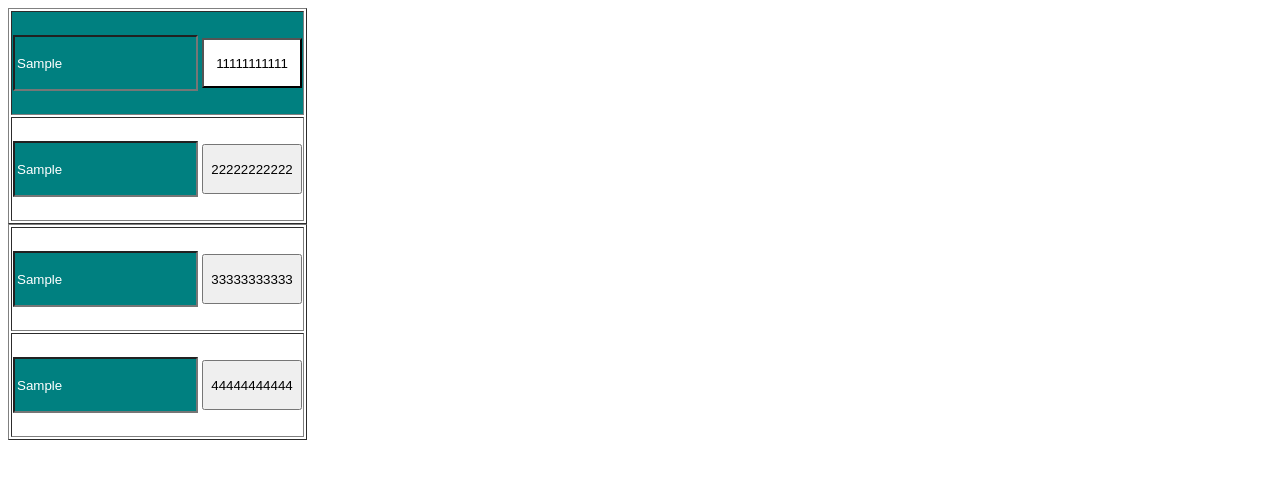
Repository: AgentHyun/FishDalle3
Page: Feb14_1_jQuery/WebContent/2_DOM_Select.html
The author's editor kept a copy of each file at every save. The page is drawn from the files as they stood at one save, then again after the next save.
The browser window is 1280 px wide. The pictures show the whole page.
Empty fields were first filled with sample values (such as "Sample", 5 or name@example.com).
After loading, the first visible `button` was clicked once.

Above is the page before, as saved 2025-02-14 02:29:35.

### Feb14_1_jQuery/WebContent/2_DOM_Select.html
<!DOCTYPE html>
<html>
<head>
<meta charset="UTF-8">

<style type = "text/css">
td {height : 100px;}
input {height : 50px;
       background-color : teal;
       color : white;}
button {width : 100px; height : 50px;}



</style>
<title>Insert title here</title>
<script type = "text/javascript" src = "jQuery.js"></script>
<script type = "text/javascript">
$(function(){

   //선택자를 지정하지 않았을 때 특정 DOM객체를
   //어떻게 찾아낼 것인가
   $("button").click(function(){

           // $(this) : 클릭이벤트의 발생함수를 호출한 장본인
           //    누른 버튼만 해당하는 명령을 실행하도록!
           $(this).css("background-color", "white");


           //누른 버튼이 있는 td에 배경색을 주기
           //parent() : 내가 누른 this의 한단계 상위 DOM객체
           // cf) 한단계 하위 객체 : children()
           $(this).parent().css("background-color", "teal");
   });


});




</script>

</head>
<body>

<table border= "1">
<tr><td><input> <button>11111111111</button></td></tr>
<tr><td><input> <button>22222222222</button></td></tr>


</table>
<table border= "1">
<tr><td><input> <button>33333333333</button></td></tr>
<tr><td><input> <button>44444444444</button></td></tr>


</table>




</body>
</html>

Loaded but not shown: Feb14_1_jQuery/WebContent/jQuery.js (library)

After the next save:
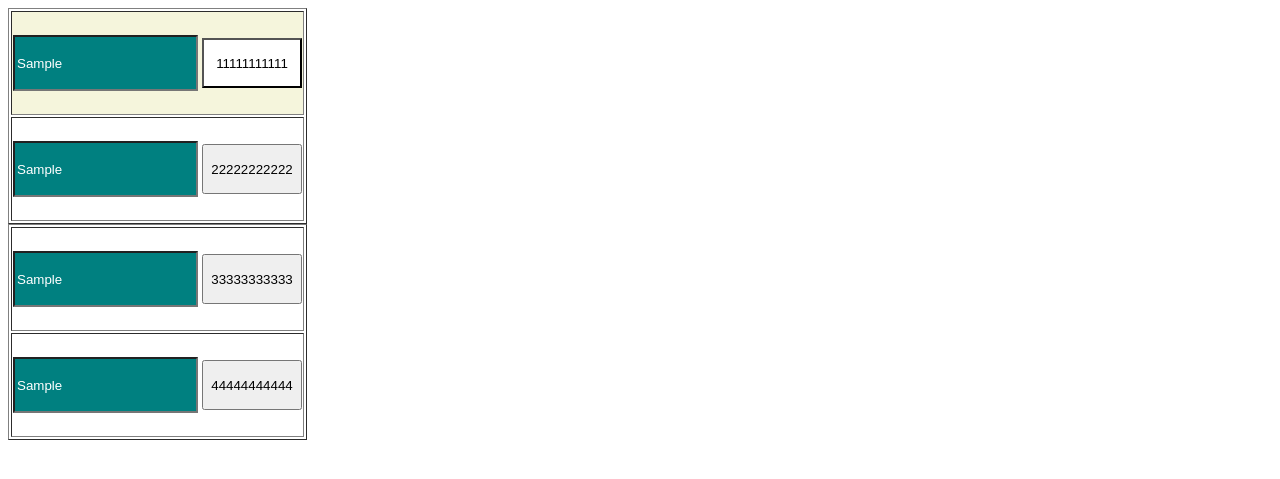
Saved 14 s later.
--- a/Feb14_1_jQuery/WebContent/2_DOM_Select.html
+++ b/Feb14_1_jQuery/WebContent/2_DOM_Select.html
@@ -30,7 +30,7 @@ $(function(){
            //누른 버튼이 있는 td에 배경색을 주기
            //parent() : 내가 누른 this의 한단계 상위 DOM객체
            // cf) 한단계 하위 객체 : children()
-           $(this).parent().css("background-color", "teal");
+           $(this).parent().css("background-color", "beige");
    });
 
 
